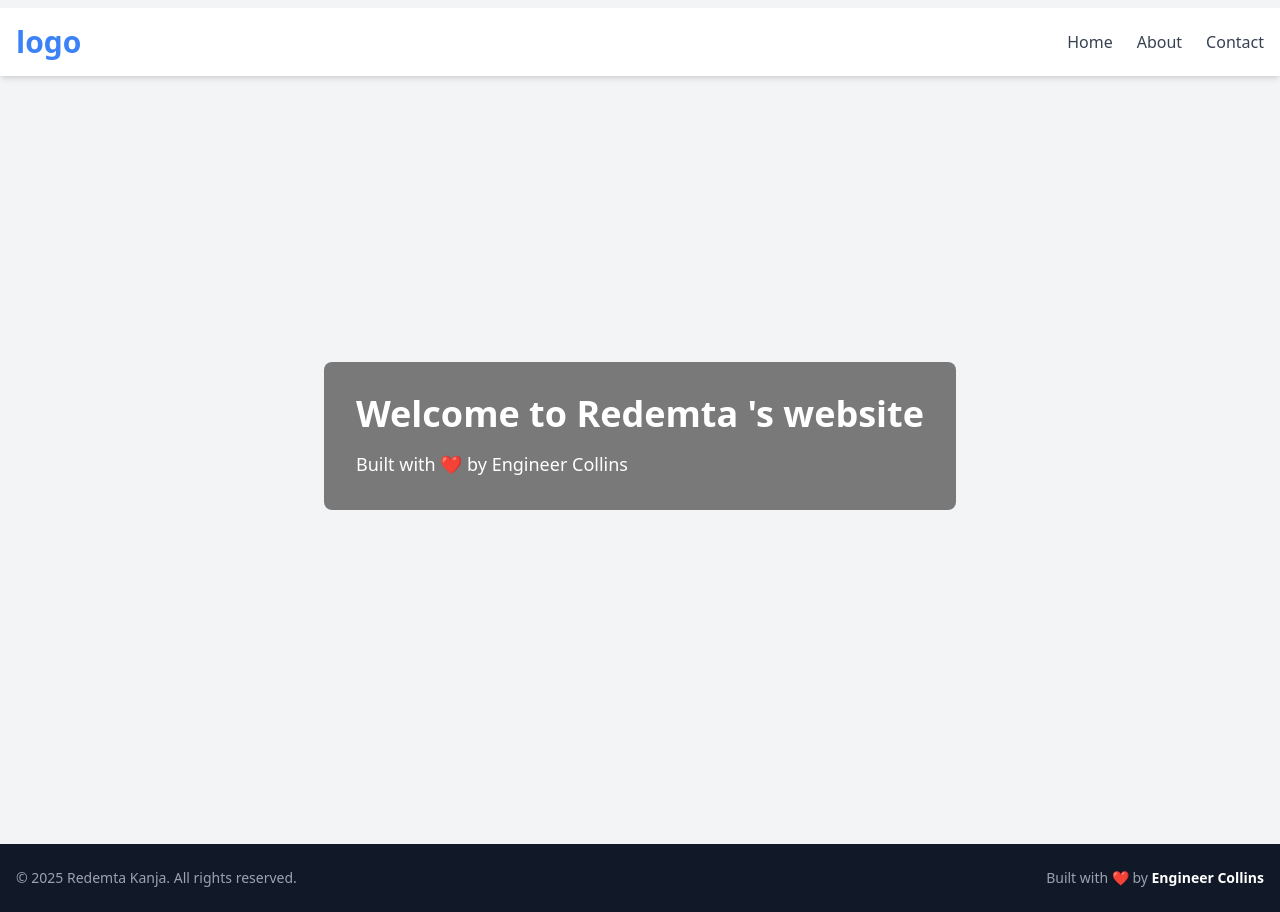
Repository: Engineer-collo/Redemta-Kanja-s-website
Page: /
An editor plug-in stored every save of this project. The page is shown before and after the next save, followed by the edit.
The browser window is 1280 px wide. The pictures show the whole page.
The project was rebuilt for these pictures with package versions that can differ from the ones it lists, and the page was loaded fresh each time. Also part of the build but not shown: vite.config.js, src/pages/About.jsx, src/pages/Contact.jsx.

Above is the page before, as saved 2025-05-17 20:26:43.
Not found: home-bg.jpg

After the next save:
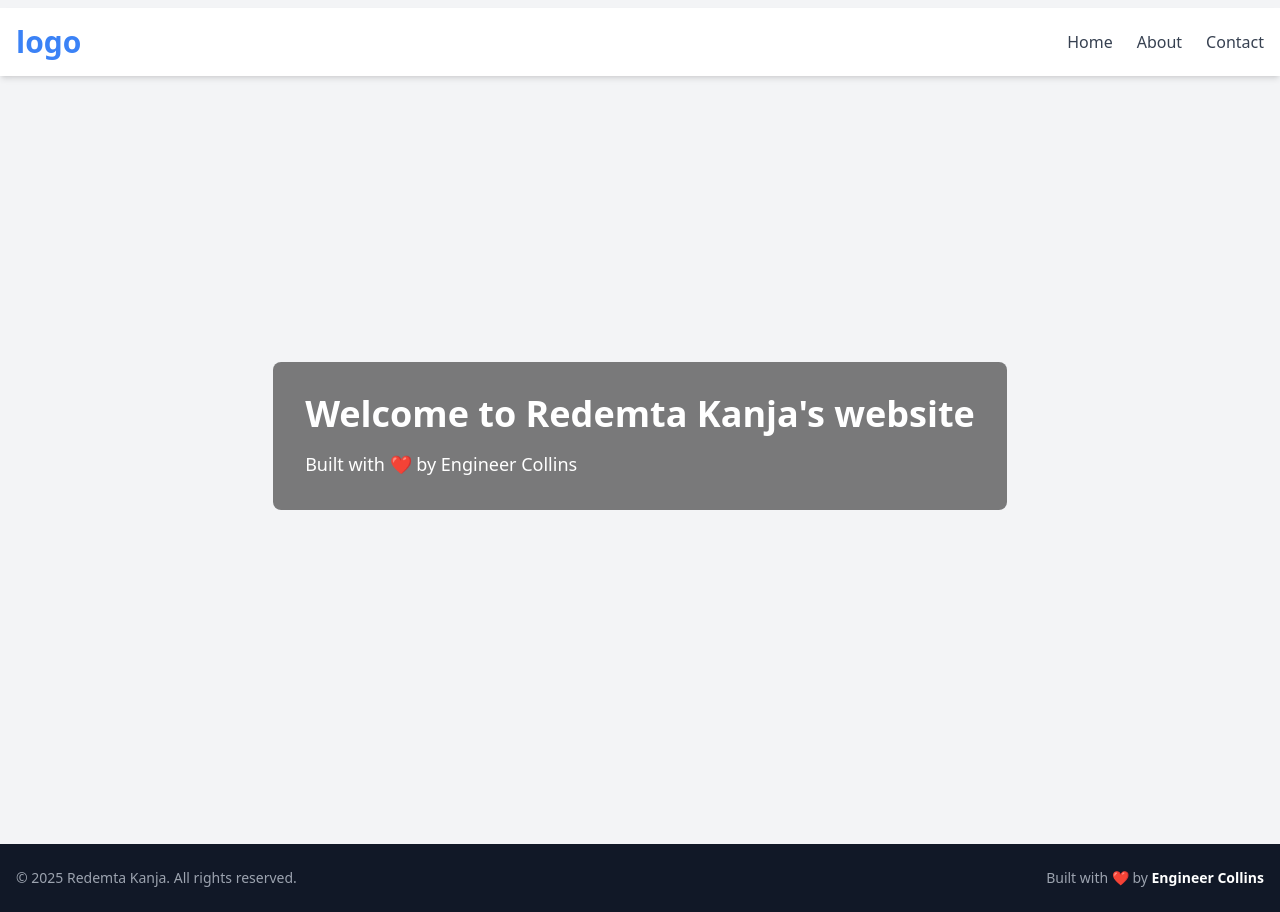
Saved 4 s later.
--- a/src/pages/Home.jsx
+++ b/src/pages/Home.jsx
@@ -4,7 +4,7 @@ const Home = () => {
         className="bg-[url('/home-bg.jpg')] bg-cover bg-center min-h-screen flex items-center justify-center text-white"
       >
         <div className="bg-black bg-opacity-50 p-8 rounded-lg">
-          <h1 className="text-4xl font-bold mb-4">Welcome to Redemta 's website</h1>
+          <h1 className="text-4xl font-bold mb-4">Welcome to Redemta Kanja's website</h1>
           <p className="text-lg">Built with ❤️ by Engineer Collins</p>
         </div>
       </div>
